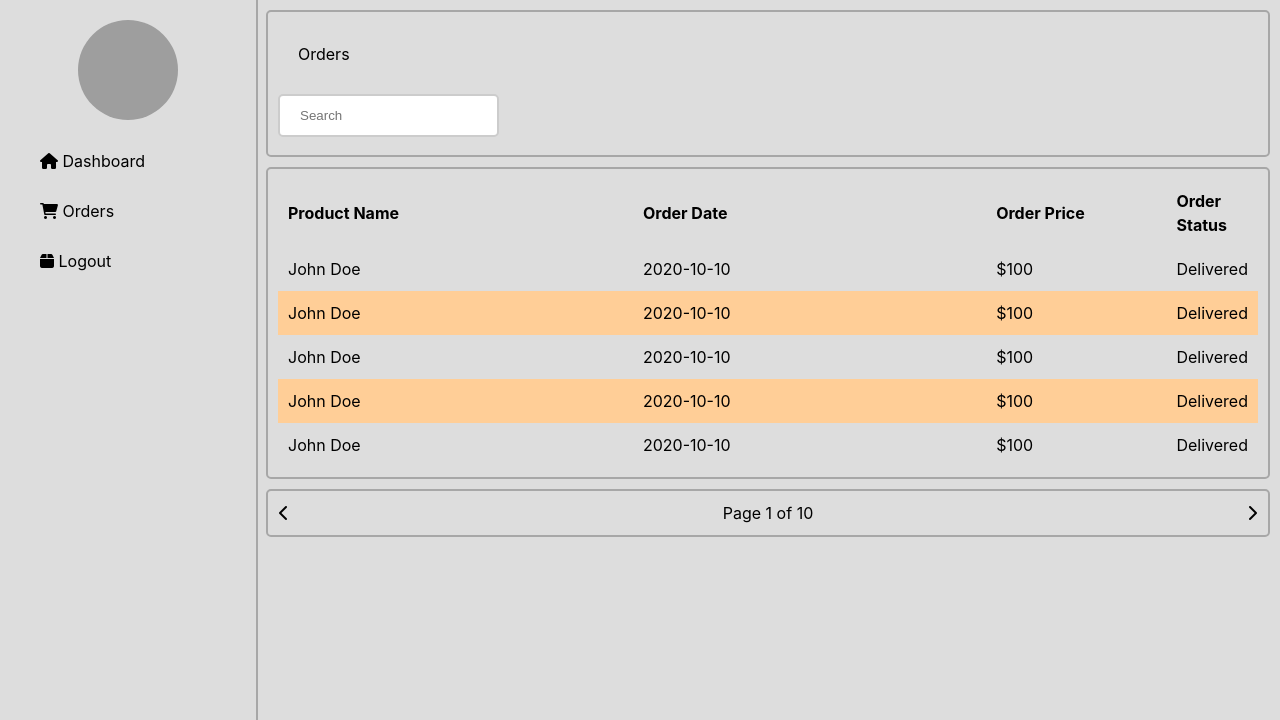
Repository: cjaymoni/FE_Submission02
Page: http://localhost/orders
The author's editor kept a copy of each file at every save. The page is drawn from the files as they stood at one save, then again after the next save.
The browser window is 1280 px wide. The pictures show the whole page.
Pictures or frames that could not be fetched are drawn as grey boxes. The page is run by PHP 8.4 with error messages shown; the project is at /var/www/html/.

Above is the page before, as saved 2022-10-04 12:16:30.

After the next save:
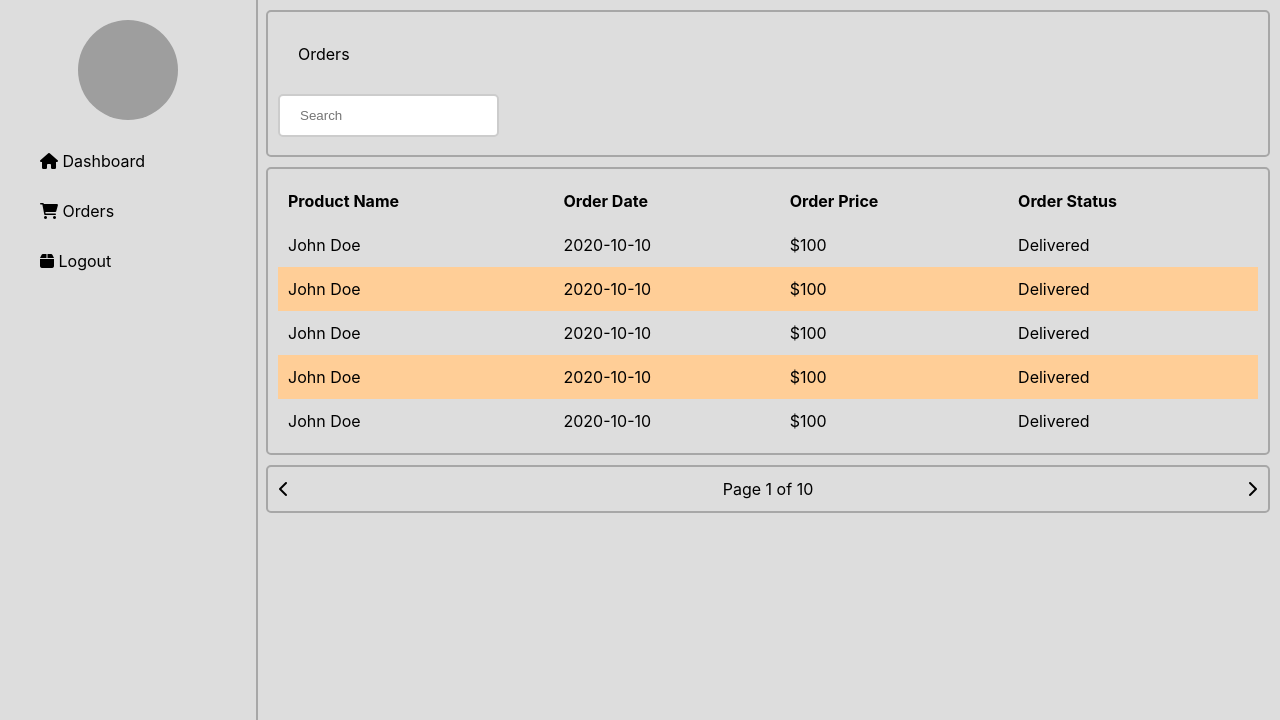
Saved 46 s later.
--- a/css/styles.css
+++ b/css/styles.css
@@ -197,8 +197,7 @@ th {
     text-align: left;
 }
 
-td,
-th :nth-child(1) {
+td :nth-child(1) {
 
     width: 40%;
 }
